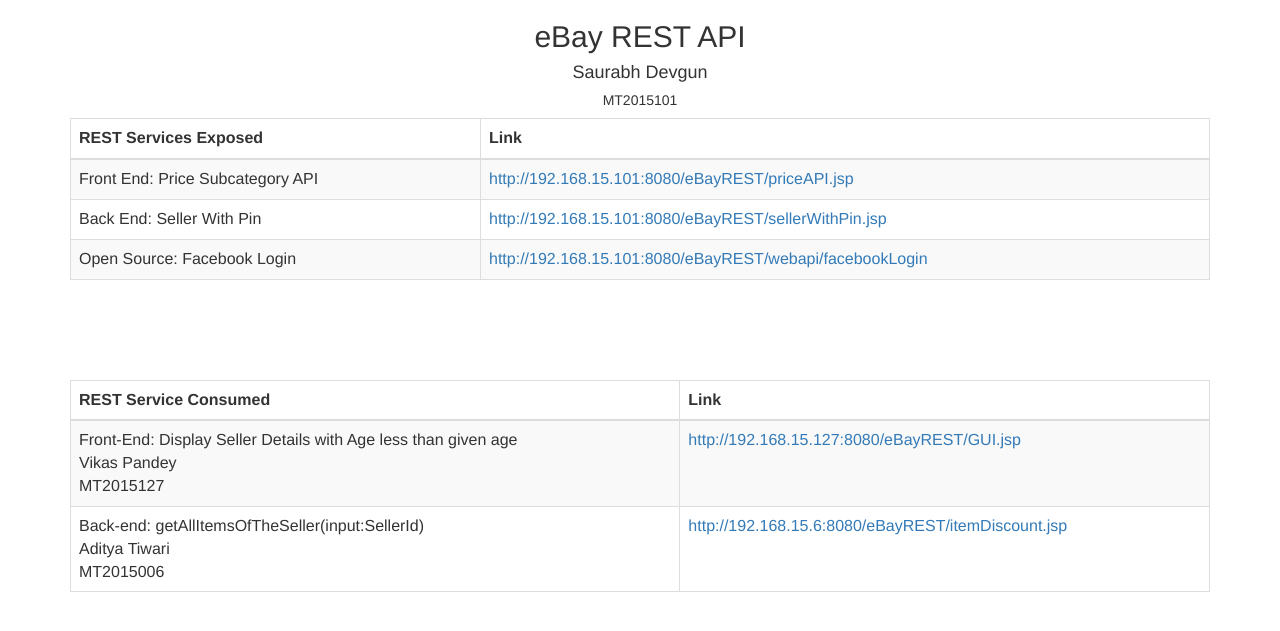
Repository: saurabh-devgun-iiitb/RESTProject
Page: http://localhost/eBayREST/
An editor plug-in stored every save of this project. The page is shown before and after the next save, followed by the edit.
The browser window is 1280 px wide. The pictures show the whole page.
The page is served by Tomcat 9.

Above is the page before, as saved 2016-07-23 05:37:58.

After the next save:
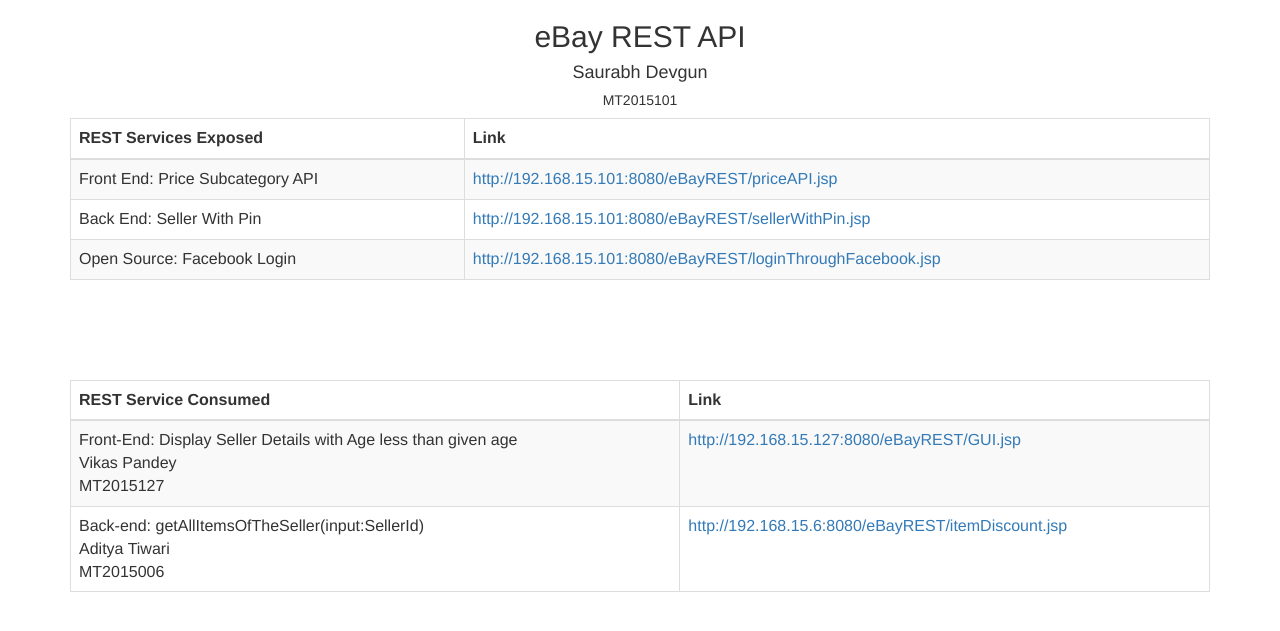
Saved 48 s later.
--- a/eBayREST/WebContent/index.jsp
+++ b/eBayREST/WebContent/index.jsp
@@ -30,7 +30,7 @@
         </tr>
         <tr>
           <td>Open Source: Facebook Login</td>
-          <td><a href="loginThroughFacebook.jsp">http://192.168.15.101:8080/eBayREST/webapi/facebookLogin</a></td>
+          <td><a href="loginThroughFacebook.jsp">http://192.168.15.101:8080/eBayREST/loginThroughFacebook.jsp</a></td>
         </tr>
       </tbody>
     </table>
